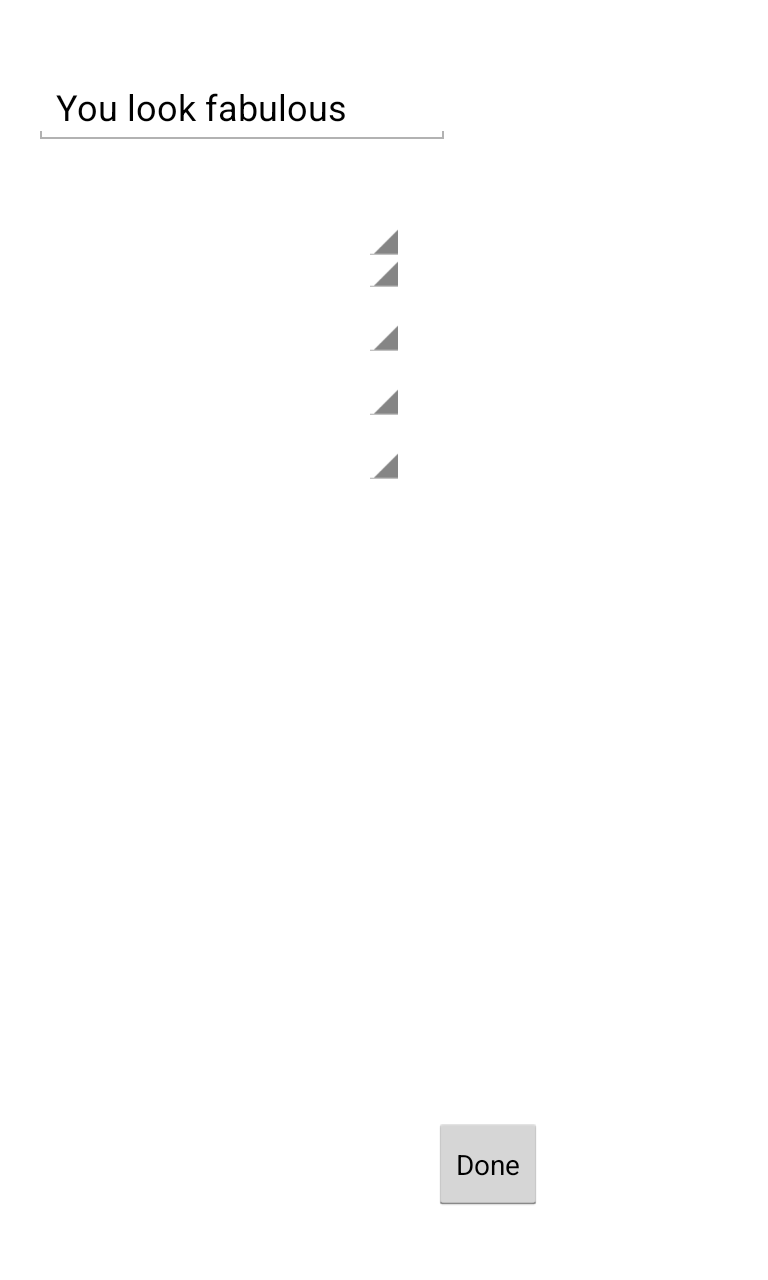
Repository: rtyanas/MyPics
Layout: workspace/MyPic/res/layout/activity_settings.xml
These files come from the project's save history. The layout is drawn as it stood at one moment and after the next save; the edit follows.
It is drawn on a 768 x 1280 px phone screen (xhdpi) without system bars, with theme AppTheme; the app's code is not run.

Above is the layout before, as saved 2013-12-17 17:32:30.

### workspace/MyPic/res/layout/activity_settings.xml
<RelativeLayout xmlns:android="http://schemas.android.com/apk/res/android"
    xmlns:tools="http://schemas.android.com/tools"
    android:id="@+id/message"
    android:layout_width="match_parent"
    android:layout_height="match_parent"
    android:paddingBottom="@dimen/activity_vertical_margin"
    android:paddingLeft="@dimen/activity_horizontal_margin"
    android:paddingRight="@dimen/activity_horizontal_margin"
    android:paddingTop="@dimen/activity_vertical_margin"
    tools:context=".SettingsActivity" >

    <EditText
        android:id="@+id/editText1"
        android:layout_width="wrap_content"
        android:layout_height="wrap_content"
        android:layout_alignParentTop="true"
        android:layout_marginTop="18dp"
        android:ems="10"
        android:text="@string/fabulous" />

    <Spinner
        android:id="@+id/rotate"
        android:layout_width="wrap_content"
        android:layout_height="wrap_content"
        android:layout_alignLeft="@+id/color"
        android:layout_below="@+id/color" />

    <Spinner
        android:id="@+id/color"
        android:layout_width="wrap_content"
        android:layout_height="wrap_content"
        android:layout_alignLeft="@+id/style"
        android:layout_below="@+id/style" />

    <Spinner
        android:id="@+id/style"
        android:layout_width="wrap_content"
        android:layout_height="wrap_content"
        android:layout_alignLeft="@+id/font"
        android:layout_below="@+id/font" />

    <Spinner
        android:id="@+id/font"
        android:layout_width="wrap_content"
        android:layout_height="wrap_content"
        android:layout_below="@+id/editText1"
        android:layout_centerHorizontal="true"
        android:layout_marginTop="42dp" />

    <Spinner
        android:id="@+id/size"
        android:layout_width="wrap_content"
        android:layout_height="wrap_content"
        android:layout_alignLeft="@+id/font"
        android:layout_below="@+id/editText1"
        android:layout_marginTop="26dp" />

    <Button
        android:id="@+id/done"
        style="?android:attr/buttonStyleSmall"
        android:layout_width="wrap_content"
        android:layout_height="wrap_content"
        android:layout_alignLeft="@+id/rotate"
        android:layout_alignParentBottom="true"
        android:layout_marginBottom="18dp"
        android:layout_marginLeft="35dp"
        android:text="@string/done" />

</RelativeLayout>

### workspace/MyPic/res/values/strings.xml
<?xml version="1.0" encoding="utf-8"?>
<resources>

    <string name="app_name">MyPic</string>
    <string name="action_settings">Settings</string>
    <string name="hello_world">Hello world!</string>
    <string name="fabulous">You look fabulous</string>
    <string name="my_pic_image">myPic Image</string>
    <string name="get_image">Get Image</string>
    <string name="title_activity_get_image">GetImageActivity</string>
    <string name="title_activity_settings">SettingsActivity</string>
    <string name="init_text">You are fabulous</string>
    <string name="done">Done</string>
    <string-array name="Fonts">
        <item >Normal</item>
        <item >Monospace</item>
        <item >Sans Serif</item>
        <item >Serif</item>
    </string-array>

</resources>

Loaded but not shown: workspace/MyPic/res/values/styles.xml (common file); workspace/MyPic/res/values-v11/styles.xml (common file); workspace/MyPic/res/values-v14/styles.xml (common file); workspace/MyPic/res/values/dimens.xml (common file)

After the next save:
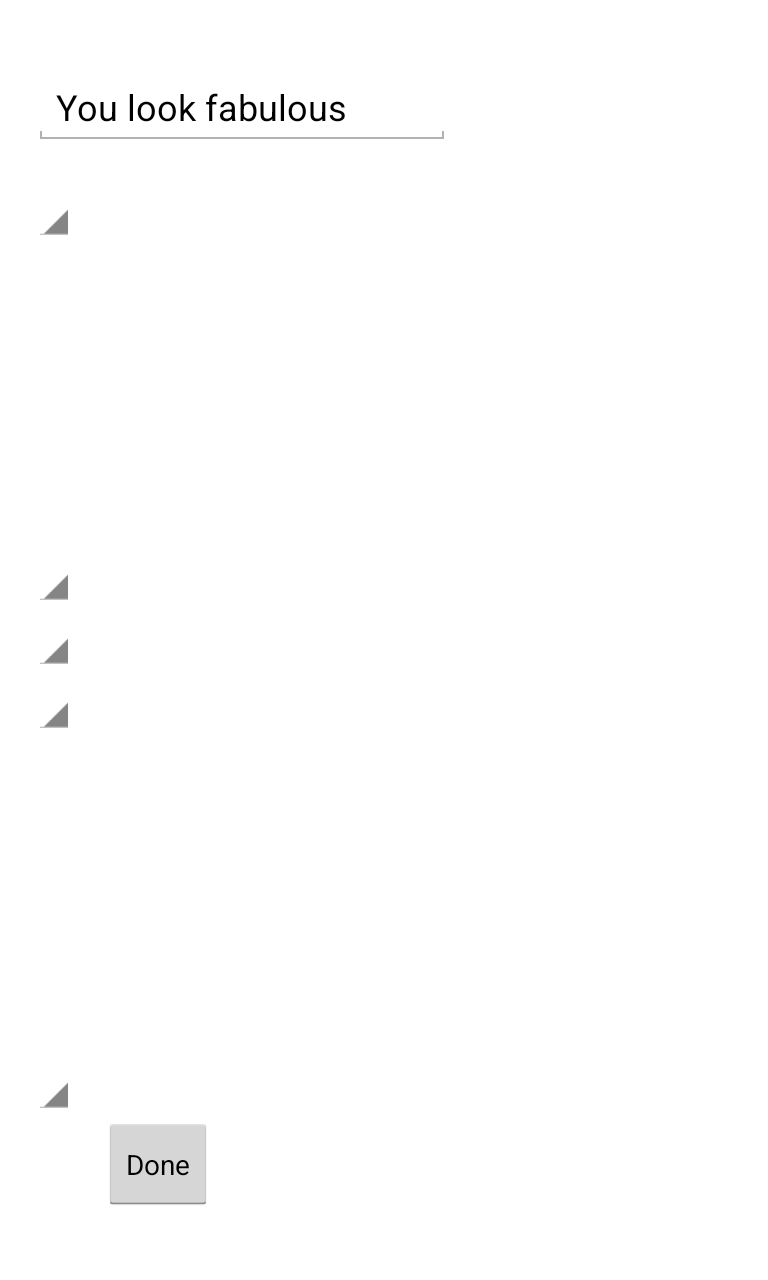
Saved 94 s later.
--- a/workspace/MyPic/res/layout/activity_settings.xml
+++ b/workspace/MyPic/res/layout/activity_settings.xml
@@ -18,43 +18,6 @@
         android:ems="10"
         android:text="@string/fabulous" />
 
-    <Spinner
-        android:id="@+id/rotate"
-        android:layout_width="wrap_content"
-        android:layout_height="wrap_content"
-        android:layout_alignLeft="@+id/color"
-        android:layout_below="@+id/color" />
-
-    <Spinner
-        android:id="@+id/color"
-        android:layout_width="wrap_content"
-        android:layout_height="wrap_content"
-        android:layout_alignLeft="@+id/style"
-        android:layout_below="@+id/style" />
-
-    <Spinner
-        android:id="@+id/style"
-        android:layout_width="wrap_content"
-        android:layout_height="wrap_content"
-        android:layout_alignLeft="@+id/font"
-        android:layout_below="@+id/font" />
-
-    <Spinner
-        android:id="@+id/font"
-        android:layout_width="wrap_content"
-        android:layout_height="wrap_content"
-        android:layout_below="@+id/editText1"
-        android:layout_centerHorizontal="true"
-        android:layout_marginTop="42dp" />
-
-    <Spinner
-        android:id="@+id/size"
-        android:layout_width="wrap_content"
-        android:layout_height="wrap_content"
-        android:layout_alignLeft="@+id/font"
-        android:layout_below="@+id/editText1"
-        android:layout_marginTop="26dp" />
-
     <Button
         android:id="@+id/done"
         style="?android:attr/buttonStyleSmall"
@@ -66,4 +29,40 @@
         android:layout_marginLeft="35dp"
         android:text="@string/done" />
 
+    <Spinner
+        android:id="@+id/font"
+        android:layout_width="wrap_content"
+        android:layout_height="wrap_content"
+        android:layout_alignLeft="@+id/editText1"
+        android:layout_below="@+id/editText1"
+        android:layout_marginTop="16dp" />
+
+    <Spinner
+        android:id="@+id/style"
+        android:layout_width="wrap_content"
+        android:layout_height="wrap_content"
+        android:layout_above="@+id/color"
+        android:layout_alignLeft="@+id/font" />
+
+    <Spinner
+        android:id="@+id/size"
+        android:layout_width="wrap_content"
+        android:layout_height="wrap_content"
+        android:layout_alignLeft="@+id/color"
+        android:layout_below="@+id/color" />
+
+    <Spinner
+        android:id="@+id/rotate"
+        android:layout_width="wrap_content"
+        android:layout_height="wrap_content"
+        android:layout_above="@+id/done"
+        android:layout_alignLeft="@+id/size" />
+
+    <Spinner
+        android:id="@+id/color"
+        android:layout_width="wrap_content"
+        android:layout_height="wrap_content"
+        android:layout_alignLeft="@+id/style"
+        android:layout_centerVertical="true" />
+
 </RelativeLayout>
